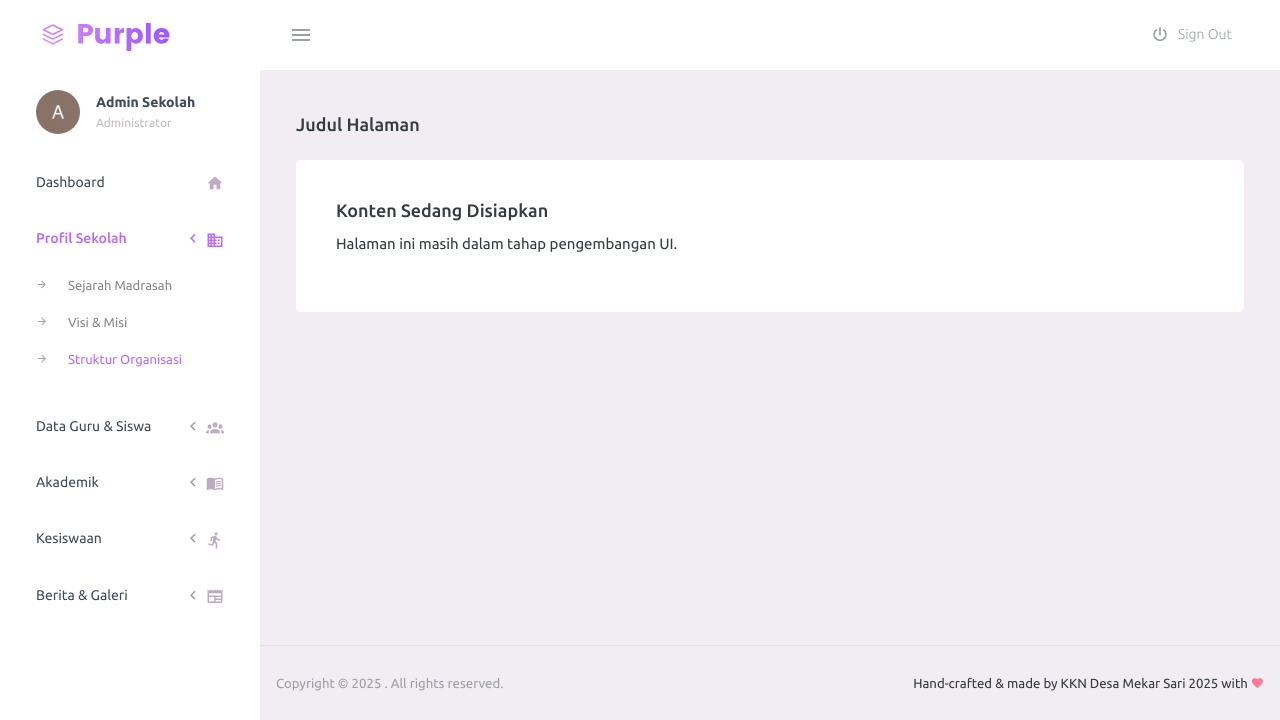
Repository: MKennyChaniago/sekolah-mi-nurul-iman
Page: http://localhost/admin/struktur
The author's editor kept a copy of each file at every save. The page is drawn from the files as they stood at one save, then again after a run of saves.
The browser window is 1280 px wide. The pictures show the whole page.
The page is served by the project's Laravel application, run on PHP 8.4 with Laravel 12. Other server files are loaded and not shown.

Above is the page before, as saved 2025-12-01 15:03:44.
Console error: TypeError: Cannot read properties of null (reading 'classList')

### routes/web.php
<?php

use Illuminate\Support\Facades\Route;
use App\Http\Controllers\HomeController;
// Anda mungkin akan membuat Controller baru, contohnya:
// use App\Http\Controllers\ProfileController;

// --- A. ROUTE FRONTEND (MI NURUL IMAN) ---

// 1. HOME
Route::get('/', [HomeController::class, 'index'])->name('home');

// 2. PROFIL (Menggunakan grup untuk submenu)
Route::prefix('profil')->group(function () {
    Route::get('/sejarah', function () { return view('profil.sejarah'); })->name('profil.sejarah');
    Route::get('/visi-misi', function () { return view('profil.visi_misi'); })->name('profil.visi_misi');
    Route::get('/struktur-organisasi', function () { return view('profil.struktur'); })->name('profil.struktur');
});

// 3. KESISWAAN
Route::get('/kesiswaan', function () { return view('kesiswaan.index'); })->name('kesiswaan');

// 4. BERITA & ARTIKEL
// Listing Berita Utama
Route::get('/berita', function () { return view('berita.listing'); })->name('berita.listing');
// Detail Berita dengan parameter dinamis (slug)
Route::get('/berita/{slug}', function ($slug) { return view('berita.detail', compact('slug')); })->name('berita.detail');

// 5. AKADEMIK
Route::prefix('akademik')->group(function () {
    Route::get('/kurikulum', function () { return view('akademik.kurikulum'); })->name('akademik.kurikulum');
    Route::get('/guru-staff', function () { return view('akademik.guru_staff'); })->name('akademik.guru_staff');
    Route::get('/produk-hukum', function () { return view('akademik.produk_hukum'); })->name('akademik.produk_hukum');
});

// 6. Galeri
Route::get('/galeri', function () { return view('galeri.index'); })->name('galeri');

// 7. KONTAK MANDIRI (Formulir Kontak)
Route::get('/kontak', function () { return view('kontak'); })->name('kontak');


// --- B. ROUTE BACKEND (ADMIN) ---

// 1. Route Login
Route::get('/admin/login', function () {
    return view('admin.login');
})->name('admin.login');

// 2. Route Register
Route::get('/admin/register', function () {
    return view('admin.register');
})->name('admin.register');

// 3. Route Dashboard (INI TUJUANNYA)
Route::get('/admin/dashboard', function () {
    return view('admin.dashboard');
})->name('admin.dashboard');

// ... (Route Login, Register, Dashboard sebelumnya) ...

// --- GROUP: PROFIL SEKOLAH ---
Route::get('/admin/sejarah', function () {
    return view('admin.profil.sejarah'); // Perlu buat file
})->name('admin.sejarah');

Route::get('/admin/visi-misi', function () {
    return view('admin.profil.visimisi'); // Perlu buat file
})->name('admin.visimisi');

Route::get('/admin/struktur', function () {
    return view('admin.profil.struktur'); // Perlu buat file
})->name('admin.struktur');


// --- GROUP: DATA MASTER ---
Route::get('/admin/guru', function () {
    return view('admin.guru.index');
})->name('admin.guru.index');

Route::get('/admin/guru/create', function () {
    return view('admin.guru.create');
})->name('admin.guru.create');

Route::get('/admin/siswa', function () {
    return view('admin.siswa.index');
})->name('admin.siswa.index');


// --- GROUP: AKADEMIK ---
Route::get('/admin/kurikulum', function () {
    return view('admin.akademik.kurikulum'); // Perlu buat file
})->name('admin.kurikulum.index');

Route::get('/admin/produk-hukum', function () {
    return view('admin.akademik.produkhukum'); // Perlu buat file
})->name('admin.produk_hukum.index');


// --- GROUP: KESISWAAN ---
Route::get('/admin/ekstrakurikuler', function () {
    return view('admin.kesiswaan.ekskul'); // Perlu buat file
})->name('admin.ekstrakurikuler.index');

Route::get('/admin/program-unggulan', function () {
    return view('admin.kesiswaan.program'); // Perlu buat file
})->name('admin.prestasi.index');


// --- GROUP: PUBLIKASI ---
Route::get('/admin/berita', function () {
    return view('admin.berita.index');
})->name('admin.berita.index');

Route::get('/admin/galeri', function () {
    return view('admin.galeri.index');
})->name('admin.galeri.index');

### resources/views/admin/profil/struktur.blade.php
@extends('layouts.admin')

@section('content')
<div class="page-header">
    <h3 class="page-title"> Judul Halaman </h3>
</div>
<div class="row">
    <div class="col-12 grid-margin stretch-card">
        <div class="card">
            <div class="card-body">
                <h4 class="card-title">Konten Sedang Disiapkan</h4>
                <p>Halaman ini masih dalam tahap pengembangan UI.</p>
            </div>
        </div>
    </div>
</div>
@endsection

### resources/views/layouts/admin.blade.php
<!DOCTYPE html>
<html lang="id">
  <head>
    <meta charset="utf-8">
    <meta name="viewport" content="width=device-width, initial-scale=1, shrink-to-fit=no">
    <title>Admin - MI Nurul Iman</title>

    <link rel="stylesheet" href="{{ asset('admin/vendors/mdi/css/materialdesignicons.min.css') }}">
    <link rel="stylesheet" href="{{ asset('admin/vendors/ti-icons/css/themify-icons.css') }}">
    <link rel="stylesheet" href="{{ asset('admin/vendors/css/vendor.bundle.base.css') }}">
    <link rel="stylesheet" href="{{ asset('admin/css/style.css') }}">
    <link rel="shortcut icon" href="{{ asset('admin/images/favicon.png') }}" />
  </head>
  <body>

    <div class="container-scroller">

      @include('admin.partials.navbar')

      <div class="container-fluid page-body-wrapper">

        @include('admin.partials.sidebar')

        <div class="main-panel">
          <div class="content-wrapper">

            @yield('content')

          </div>

          @include('admin.partials.footer')

        </div>
      </div>
    </div>

    <script src="{{ asset('admin/vendors/js/vendor.bundle.base.js') }}"></script>
    <script src="{{ asset('admin/vendors/chart.js/chart.umd.js') }}"></script>
    <script src="{{ asset('admin/js/off-canvas.js') }}"></script>
    <script src="{{ asset('admin/js/misc.js') }}"></script>
    <script src="{{ asset('admin/js/settings.js') }}"></script>
    <script src="{{ asset('admin/js/todolist.js') }}"></script>
    <script src="{{ asset('admin/js/jquery.cookie.js') }}"></script>
    <script src="{{ asset('admin/js/dashboard.js') }}"></script>
  </body>
</html>

### resources/views/admin/partials/navbar.blade.php
<style>
  /* Animasi untuk tombol Logout */
  .logout-link {
    transition: all 0.3s ease-in-out; /* Gerakan halus */
    display: flex;
    align-items: center;
  }

  /* Efek saat Mouse diarahkan (Hover) */
  .logout-link:hover {
    transform: scale(1.1); /* Membesar sedikit (10%) */
    color: #dc3545 !important; /* Berubah warna jadi Merah */
  }

  .logout-link:hover i {
    color: #dc3545 !important; /* Icon juga jadi merah */
  }
</style>

<nav class="navbar default-layout-navbar col-lg-12 col-12 p-0 fixed-top d-flex flex-row">
  <div class="text-center navbar-brand-wrapper d-flex align-items-center justify-content-start">
    <a class="navbar-brand brand-logo" href="{{ route('admin.dashboard') }}"><img src="{{ asset('admin/images/logo.svg') }}" alt="logo" /></a>
    <a class="navbar-brand brand-logo-mini" href="{{ route('admin.dashboard') }}"><img src="{{ asset('admin/images/logo-mini.svg') }}" alt="logo" /></a>
  </div>

  <div class="navbar-menu-wrapper d-flex align-items-stretch">
    <button class="navbar-toggler navbar-toggler align-self-center" type="button" data-toggle="minimize">
      <span class="mdi mdi-menu"></span>
    </button>

    <ul class="navbar-nav navbar-nav-right">

      <li class="nav-item nav-logout">
        <a class="nav-link logout-link" href="{{ route('admin.login') }}" title="Keluar Aplikasi">
          <i class="mdi mdi-power"></i>

          <span class="d-none d-lg-inline ms-2">Sign Out</span>
        </a>
      </li>

    </ul>

    <button class="navbar-toggler navbar-toggler-right d-lg-none align-self-center" type="button" data-toggle="offcanvas">
      <span class="mdi mdi-menu"></span>
    </button>
  </div>
</nav>

### resources/views/admin/partials/sidebar.blade.php
<nav class="sidebar sidebar-offcanvas" id="sidebar">
  <ul class="nav">

    <li class="nav-item nav-profile">
      <a href="#" class="nav-link">
        <div class="nav-profile-image">
          <img src="{{ asset('admin/images/faces/face1.jpg') }}" alt="profile" />
          <span class="login-status online"></span>
        </div>
        <div class="nav-profile-text d-flex flex-column">
          <span class="font-weight-bold mb-2">Admin Sekolah</span>
          <span class="text-secondary text-small">Administrator</span>
        </div>
      </a>
    </li>

    <li class="nav-item">
      <a class="nav-link" href="{{ route('admin.dashboard') }}">
        <span class="menu-title">Dashboard</span>
        <i class="mdi mdi-home menu-icon"></i>
      </a>
    </li>

    <li class="nav-item">
      <a class="nav-link" data-bs-toggle="collapse" href="#profil-sekolah" aria-expanded="false" aria-controls="profil-sekolah">
        <span class="menu-title">Profil Sekolah</span>
        <i class="menu-arrow"></i>
        <i class="mdi mdi-domain menu-icon"></i>
      </a>
      <div class="collapse" id="profil-sekolah">
        <ul class="nav flex-column sub-menu">
          <li class="nav-item"> <a class="nav-link" href="{{ route('admin.sejarah') }}">Sejarah Madrasah</a></li>
          <li class="nav-item"> <a class="nav-link" href="{{ route('admin.visimisi') }}">Visi & Misi</a></li>
          <li class="nav-item"> <a class="nav-link" href="{{ route('admin.struktur') }}">Struktur Organisasi</a></li>
        </ul>
      </div>
    </li>

    <li class="nav-item">
      <a class="nav-link" data-bs-toggle="collapse" href="#data-master" aria-expanded="false" aria-controls="data-master">
        <span class="menu-title">Data Guru & Siswa</span>
        <i class="menu-arrow"></i>
        <i class="mdi mdi-account-group menu-icon"></i>
      </a>
      <div class="collapse" id="data-master">
        <ul class="nav flex-column sub-menu">
          <li class="nav-item"> <a class="nav-link" href="{{ route('admin.guru.index') }}">Data Guru & Staff</a></li>
          <li class="nav-item"> <a class="nav-link" href="{{ route('admin.siswa.index') }}">Data Siswa</a></li>
        </ul>
      </div>
    </li>

    <li class="nav-item">
      <a class="nav-link" data-bs-toggle="collapse" href="#akademik" aria-expanded="false" aria-controls="akademik">
        <span class="menu-title">Akademik</span>
        <i class="menu-arrow"></i>
        <i class="mdi mdi-book-open-variant menu-icon"></i>
      </a>
      <div class="collapse" id="akademik">
        <ul class="nav flex-column sub-menu">
          <li class="nav-item"> <a class="nav-link" href="{{ route('admin.kurikulum.index') }}">Kurikulum</a></li>
          <li class="nav-item"> <a class="nav-link" href="{{ route('admin.produk_hukum.index') }}">Produk Hukum (SK)</a></li>
        </ul>
      </div>
    </li>

    <li class="nav-item">
      <a class="nav-link" data-bs-toggle="collapse" href="#kesiswaan" aria-expanded="false" aria-controls="kesiswaan">
        <span class="menu-title">Kesiswaan</span>
        <i class="menu-arrow"></i>
        <i class="mdi mdi-run menu-icon"></i>
      </a>
      <div class="collapse" id="kesiswaan">
        <ul class="nav flex-column sub-menu">
          <li class="nav-item"> <a class="nav-link" href="{{ route('admin.ekstrakurikuler.index') }}">Ekstrakurikuler</a></li>
          <li class="nav-item"> <a class="nav-link" href="{{ route('admin.prestasi.index') }}">Program Unggulan</a></li>
        </ul>
      </div>
    </li>

    <li class="nav-item">
      <a class="nav-link" data-bs-toggle="collapse" href="#publikasi" aria-expanded="false" aria-controls="publikasi">
        <span class="menu-title">Berita & Galeri</span>
        <i class="menu-arrow"></i>
        <i class="mdi mdi-newspaper menu-icon"></i>
      </a>
      <div class="collapse" id="publikasi">
        <ul class="nav flex-column sub-menu">
          <li class="nav-item"> <a class="nav-link" href="{{ route('admin.berita.index') }}">Berita & Artikel</a></li>
          <li class="nav-item"> <a class="nav-link" href="{{ route('admin.galeri.index') }}">Galeri Foto</a></li>
        </ul>
      </div>
    </li>

  </ul>
</nav>

### resources/views/admin/partials/footer.blade.php
<footer class="footer">
  <div class="d-sm-flex justify-content-center justify-content-sm-between">
    <span class="text-muted text-center text-sm-left d-block d-sm-inline-block">Copyright © 2025 <a target="_blank"></a>. All rights reserved.</span>
    <span class="float-none float-sm-right d-block mt-1 mt-sm-0 text-center">Hand-crafted & made by KKN Desa Mekar Sari 2025 with <i class="mdi mdi-heart text-danger"></i></span>
  </div>
{{-- </footer>href="https://www.bootstrapdash.com/"BootstrapDash --}}

### public/admin/js/misc.js
var ChartColor = ["#5D62B4", "#54C3BE", "#EF726F", "#F9C446", "rgb(93.0, 98.0, 180.0)", "#21B7EC", "#04BCCC"];
var primaryColor = getComputedStyle(document.body).getPropertyValue('--primary');
var secondaryColor = getComputedStyle(document.body).getPropertyValue('--secondary');
var successColor = getComputedStyle(document.body).getPropertyValue('--success');
var warningColor = getComputedStyle(document.body).getPropertyValue('--warning');
var dangerColor = getComputedStyle(document.body).getPropertyValue('--danger');
var infoColor = getComputedStyle(document.body).getPropertyValue('--info');
var darkColor = getComputedStyle(document.body).getPropertyValue('--dark');
var lightColor = getComputedStyle(document.body).getPropertyValue('--light');

(function($) {
  'use strict';
  $(function() {
    var body = $('body');
    var contentWrapper = $('.content-wrapper');
    var scroller = $('.container-scroller');
    var footer = $('.footer');
    var sidebar = $('.sidebar');

    //Add active class to nav-link based on url dynamically
    //Active class can be hard coded directly in html file also as required

    function addActiveClass(element) {
      if (current === "") {
        //for root url
        if (element.attr('href').indexOf("index.html") !== -1) {
          element.parents('.nav-item').last().addClass('active');
          if (element.parents('.sub-menu').length) {
            element.closest('.collapse').addClass('show');
            element.addClass('active');
          }
        }
      } else {
        //for other url
        if (element.attr('href').indexOf(current) !== -1) {
          element.parents('.nav-item').last().addClass('active');
          if (element.parents('.sub-menu').length) {
            element.closest('.collapse').addClass('show');
            element.addClass('active');
          }
          if (element.parents('.submenu-item').length) {
            element.addClass('active');
          }
        }
      }
    }

    var current = location.pathname.split("/").slice(-1)[0].replace(/^\/|\/$/g, '');
    $('.nav li a', sidebar).each(function() {
      var $this = $(this);
      addActiveClass($this);
    })

    $('.horizontal-menu .nav li a').each(function() {
      var $this = $(this);
      addActiveClass($this);
    })

    //Close other submenu in sidebar on opening any

    sidebar.on('show.bs.collapse', '.collapse', function() {
      sidebar.find('.collapse.show').collapse('hide');
    });


    //Change sidebar and content-wrapper height
    applyStyles();

    function applyStyles() {
      //Applying perfect scrollbar
      if (!body.hasClass("rtl")) {
        if ($('.settings-panel .tab-content .tab-pane.scroll-wrapper').length) {
          const settingsPanelScroll = new PerfectScrollbar('.settings-panel .tab-content .tab-pane.scroll-wrapper');
        }
        if ($('.chats').length) {
          const chatsScroll = new PerfectScrollbar('.chats');
        }
        if (body.hasClass("sidebar-fixed")) {
          var fixedSidebarScroll = new PerfectScrollbar('#sidebar .nav');
        }
      }
    }

    $('[data-toggle="minimize"]').on("click", function() {
      if ((body.hasClass('sidebar-toggle-display')) || (body.hasClass('sidebar-absolute'))) {
        body.toggleClass('sidebar-hidden');
      } else {
        body.toggleClass('sidebar-icon-only');
      }
    });

    //checkbox and radios
    $(".form-check label,.form-radio label").append('<i class="input-helper"></i>');

    //fullscreen
    $("#fullscreen-button").on("click", function toggleFullScreen() {
      if ((document.fullScreenElement !== undefined && document.fullScreenElement === null) || (document.msFullscreenElement !== undefined && document.msFullscreenElement === null) || (document.mozFullScreen !== undefined && !document.mozFullScreen) || (document.webkitIsFullScreen !== undefined && !document.webkitIsFullScreen)) {
        if (document.documentElement.requestFullScreen) {
          document.documentElement.requestFullScreen();
        } else if (document.documentElement.mozRequestFullScreen) {
          document.documentElement.mozRequestFullScreen();
        } else if (document.documentElement.webkitRequestFullScreen) {
          document.documentElement.webkitRequestFullScreen(Element.ALLOW_KEYBOARD_INPUT);
        } else if (document.documentElement.msRequestFullscreen) {
          document.documentElement.msRequestFullscreen();
        }
      } else {
        if (document.cancelFullScreen) {
          document.cancelFullScreen();
        } else if (document.mozCancelFullScreen) {
          document.mozCancelFullScreen();
        } else if (document.webkitCancelFullScreen) {
          document.webkitCancelFullScreen();
        } else if (document.msExitFullscreen) {
          document.msExitFullscreen();
        }
      }
    })


  });
})(jQuery);

### public/admin/js/settings.js
(function($) {
  'use strict';
  $(function() {
    $(".nav-settings").click(function() {
      $("#right-sidebar").toggleClass("open");
    });
    $(".settings-close").click(function() {
      $("#right-sidebar,#theme-settings,#layout-settings").removeClass("open");
    });

    $("#settings-trigger").on("click", function() {
      $("#theme-settings").toggleClass("open");
    });

    //check all boxes in order status
    $("#check-all").click(function () {
      $(".checkbox").prop('checked', $(this).prop('checked'));
    });

    //background constants
    var navbar_classes = "navbar-danger navbar-success navbar-warning navbar-dark navbar-light navbar-primary navbar-info navbar-pink";
    var sidebar_classes = "sidebar-light sidebar-dark";
    var $body = $("body");

    //sidebar backgrounds
    $("#sidebar-default-theme").on("click", function() {
      $body.removeClass(sidebar_classes);
      $(".sidebar-bg-options").removeClass("selected");
      $(this).addClass("selected");
    });
    $("#sidebar-dark-theme").on("click", function() {
      $body.removeClass(sidebar_classes);
      $body.addClass("sidebar-dark");
      $(".sidebar-bg-options").removeClass("selected");
      $(this).addClass("selected");
    });
    $("#sidebar-light-theme").on("click", function() {
      $body.removeClass(sidebar_classes);
      $body.addClass("sidebar-light");
      $(".sidebar-bg-options").removeClass("selected");
      $(this).addClass("selected");
    });


    //Navbar Backgrounds
    $(".tiles.primary").on("click", function() {
      $(".navbar").removeClass(navbar_classes);
      $(".navbar").addClass("navbar-primary");
      $(".tiles").removeClass("selected");
      $(this).addClass("selected");
    });
    $(".tiles.success").on("click", function() {
      $(".navbar").removeClass(navbar_classes);
      $(".navbar").addClass("navbar-success");
      $(".tiles").removeClass("selected");
      $(this).addClass("selected");
    });
    $(".tiles.warning").on("click", function() {
      $(".navbar").removeClass(navbar_classes);
      $(".navbar").addClass("navbar-warning");
      $(".tiles").removeClass("selected");
      $(this).addClass("selected");
    });
    $(".tiles.danger").on("click", function() {
      $(".navbar").removeClass(navbar_classes);
      $(".navbar").addClass("navbar-danger");
      $(".tiles").removeClass("selected");
      $(this).addClass("selected");
    });
    $(".tiles.info").on("click", function() {
      $(".navbar").removeClass(navbar_classes);
      $(".navbar").addClass("navbar-info");
      $(".tiles").removeClass("selected");
      $(this).addClass("selected");
    });
    $(".tiles.dark").on("click", function() {
      $(".navbar").removeClass(navbar_classes);
      $(".navbar").addClass("navbar-dark");
      $(".tiles").removeClass("selected");
      $(this).addClass("selected");
    });
    $(".tiles.default").on("click", function() {
      $(".navbar").removeClass(navbar_classes);
      $(".tiles").removeClass("selected");
      $(this).addClass("selected");
    });

    //Horizontal menu in mobile
    $('[data-toggle="horizontal-menu-toggle"]').on("click", function() {
      $(".horizontal-menu .bottom-navbar").toggleClass("header-toggled");
    });
    // Horizontal menu navigation in mobile menu on click
    var navItemClicked = $('.horizontal-menu .page-navigation >.nav-item');
    navItemClicked.on("click", function(event) {
      if(window.matchMedia('(max-width: 991px)').matches) {
        if(!($(this).hasClass('show-submenu'))) {
          navItemClicked.removeClass('show-submenu');
        }
        $(this).toggleClass('show-submenu');
      }
    });

    $(window).scroll(function() {
      if(window.matchMedia('(min-width: 992px)').matches) {
        var header = $('.horizontal-menu');
        if ($(window).scrollTop() >= 71) {
          $(header).addClass('fixed-on-scroll');
        } else {
          $(header).removeClass('fixed-on-scroll');
        }
      }
    });

    $("#layout-toggler").on("click", function () {
      $("#layout-settings").addClass("open");
    });
    $("#chat-toggler").on("click", function () {
      $("#right-sidebar").addClass("open");
    });

  });
})(jQuery);

### public/admin/js/todolist.js
(function($) {
  'use strict';
  $(function() {
    var todoListItem = $('.todo-list');
    var todoListInput = $('.todo-list-input');
    $('.todo-list-add-btn').on("click", function(event) {
      event.preventDefault();

      var item = $(this).prevAll('.todo-list-input').val();

      if (item) {
        todoListItem.append("<li><div class='form-check'><label class='form-check-label'><input class='checkbox' type='checkbox'/>" + item + "<i class='input-helper'></i></label></div><i class='remove mdi mdi-close-circle-outline'></i></li>");
        todoListInput.val("");
      }

    });

    todoListItem.on('change', '.checkbox', function() {
      if ($(this).attr('checked')) {
        $(this).removeAttr('checked');
      } else {
        $(this).attr('checked', 'checked');
      }

      $(this).closest("li").toggleClass('completed');

    });

    todoListItem.on('click', '.remove', function() {
      $(this).parent().remove();
    });

  });
})(jQuery);

Loaded but not shown: public/admin/vendors/mdi/css/materialdesignicons.min.css (library); public/admin/vendors/ti-icons/css/themify-icons.css (library); public/admin/vendors/css/vendor.bundle.base.css (common file); public/admin/css/style.css (library); public/admin/vendors/js/vendor.bundle.base.js (library); public/admin/vendors/chart.js/chart.umd.js (library); public/admin/js/off-canvas.js (common file); public/admin/js/jquery.cookie.js (library); public/admin/images/logo.svg (90 lines, source omitted); public/admin/images/logo-mini.svg (41 lines, source omitted); public/admin/js/dashboard.js (250 lines, source omitted)

After the next 3 saves:
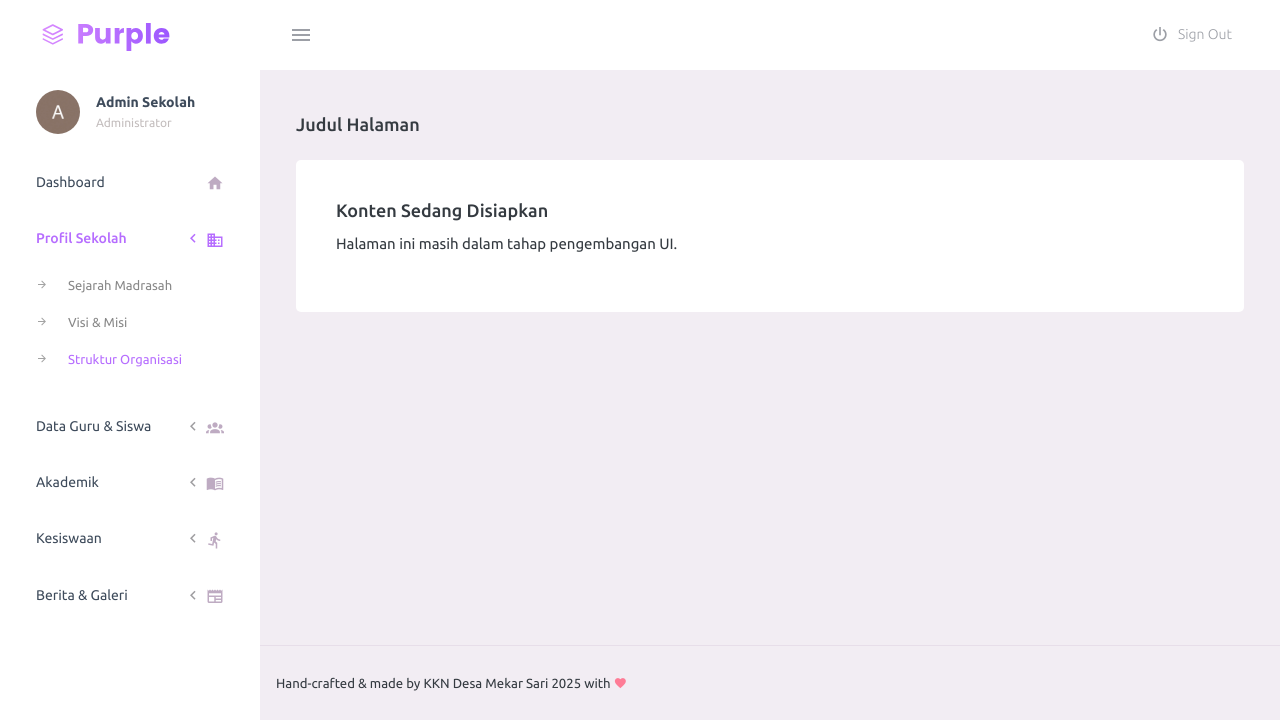
The 3 saves are shown as one change because they came seconds apart.
The last was saved 11 s later.
--- a/resources/views/admin/partials/footer.blade.php
+++ b/resources/views/admin/partials/footer.blade.php
@@ -1,6 +1,6 @@
 <footer class="footer">
   <div class="d-sm-flex justify-content-center justify-content-sm-between">
-    <span class="text-muted text-center text-sm-left d-block d-sm-inline-block">Copyright © 2025 <a target="_blank"></a>. All rights reserved.</span>
+    {{-- <span class="text-muted text-center text-sm-left d-block d-sm-inline-block">Copyright © 2025 <a href="https://www.bootstrapdash.com/" target="_blank">BootstrapDash</a>. All rights reserved.</span> --}}
     <span class="float-none float-sm-right d-block mt-1 mt-sm-0 text-center">Hand-crafted & made by KKN Desa Mekar Sari 2025 with <i class="mdi mdi-heart text-danger"></i></span>
   </div>
-{{-- </footer>href="https://www.bootstrapdash.com/"BootstrapDash --}}
+</footer>
